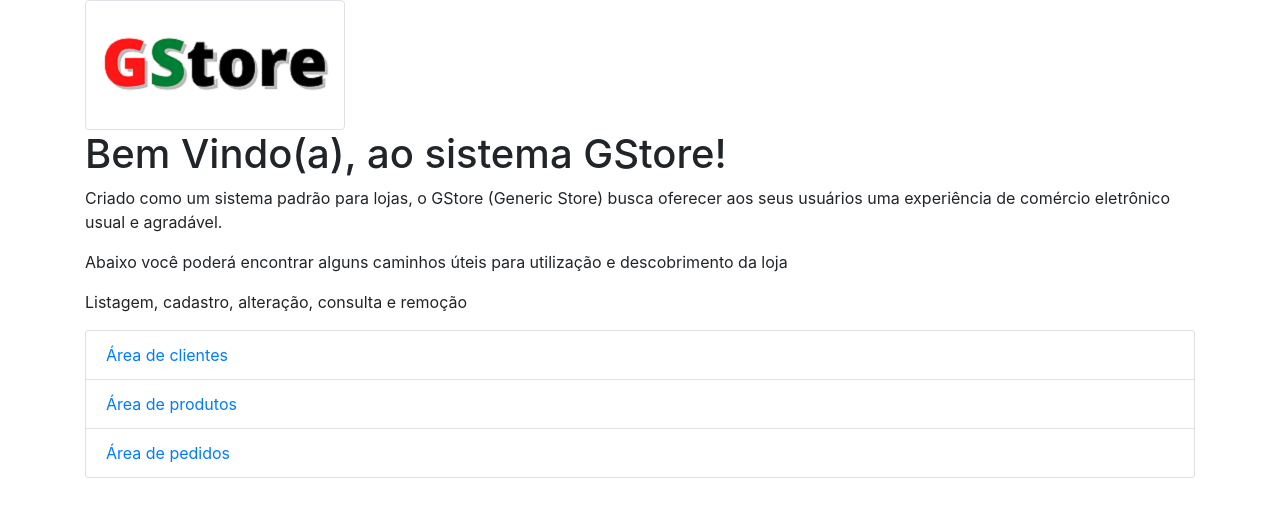
Repository: ElizeusRamos/gstore
Page: GStoreWorkspace/GStoreWeb/WebContent/index.html
The author's editor kept a copy of each file at every save. The page is drawn from the files as they stood at one save, then again after the next save.
The browser window is 1280 px wide. The pictures show the whole page.

Above is the page before, as saved 2022-05-29 14:21:09.

After the next save:
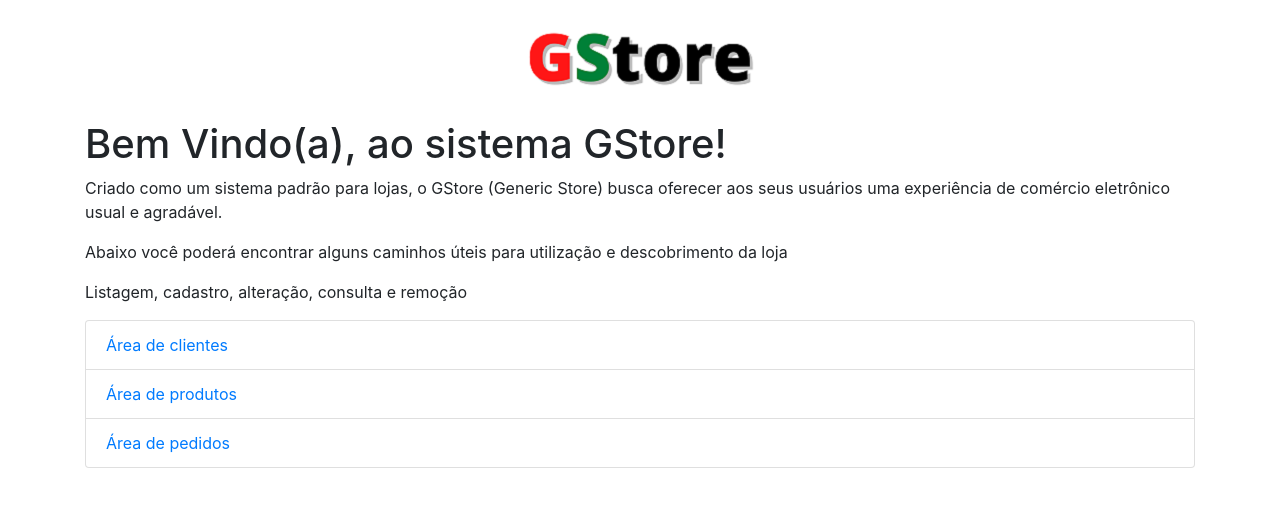
Saved 58 s later.
--- a/GStoreWorkspace/GStoreWeb/WebContent/index.html
+++ b/GStoreWorkspace/GStoreWeb/WebContent/index.html
@@ -13,7 +13,7 @@
 	<body>
 	<div class="container">
 		<div>
-			<img src="assets/GStore.png" class="img-thumbnail" alt="gstore logotipo">
+			<img src="assets/GStore.png" class="img-fluid mx-auto d-block" alt="gstore logotipo">
 		</div>
 		<h1>Bem Vindo(a), ao sistema GStore!</h1>
 			<p>
